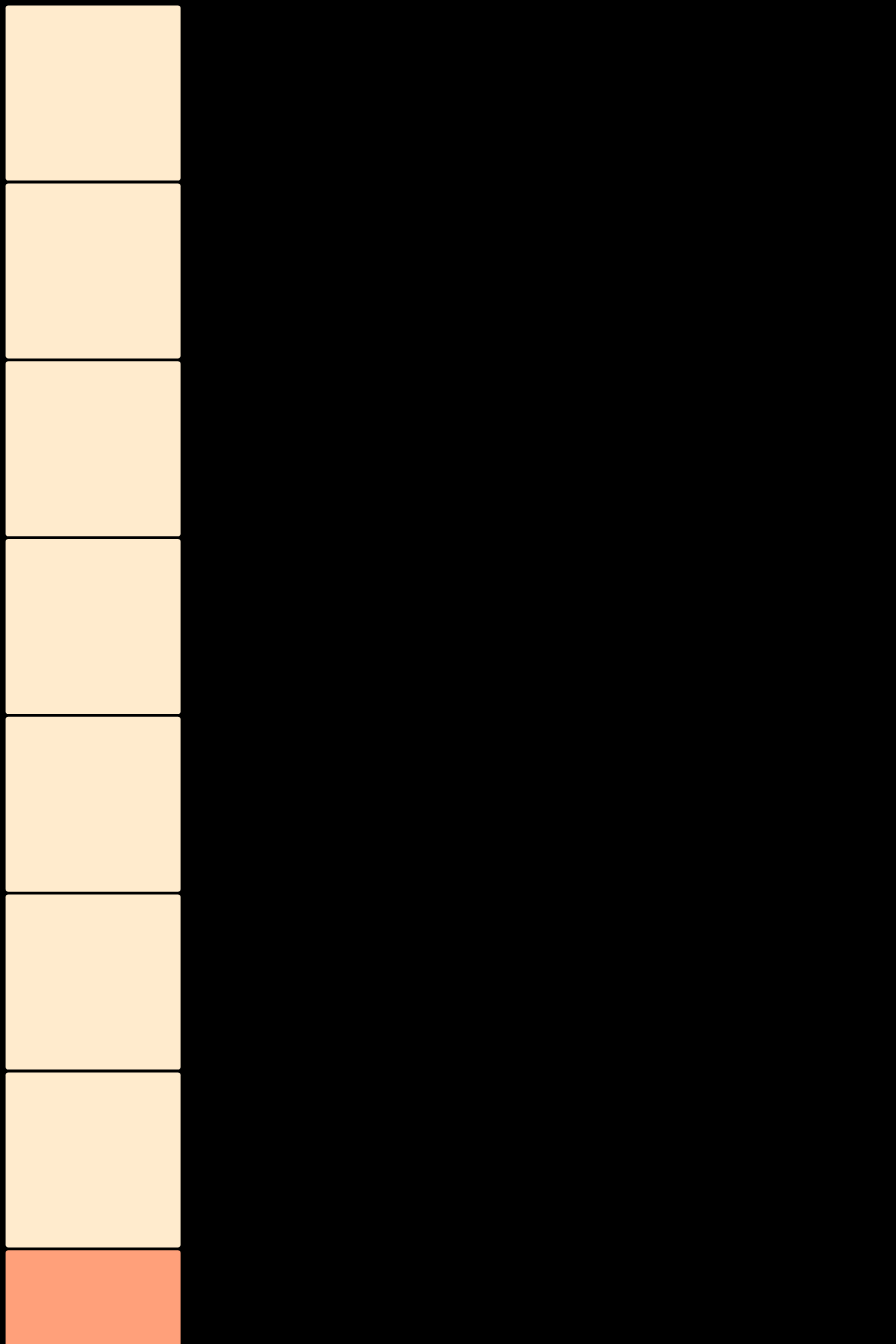
Repository: ggandory/browser101
Page: chapter2/window-coordinates.html
These files come from the project's save history. The page is drawn as it stood at one moment and after the next save; the edit follows.
The browser window is 1280 px wide. The pictures show the part of the page from y = 0 to 1920 px (the page is 2577 px tall before and 2552 px after), at 70% of full size.

Above is the page before, as saved 2024-04-03 00:20:31.

After the next save:
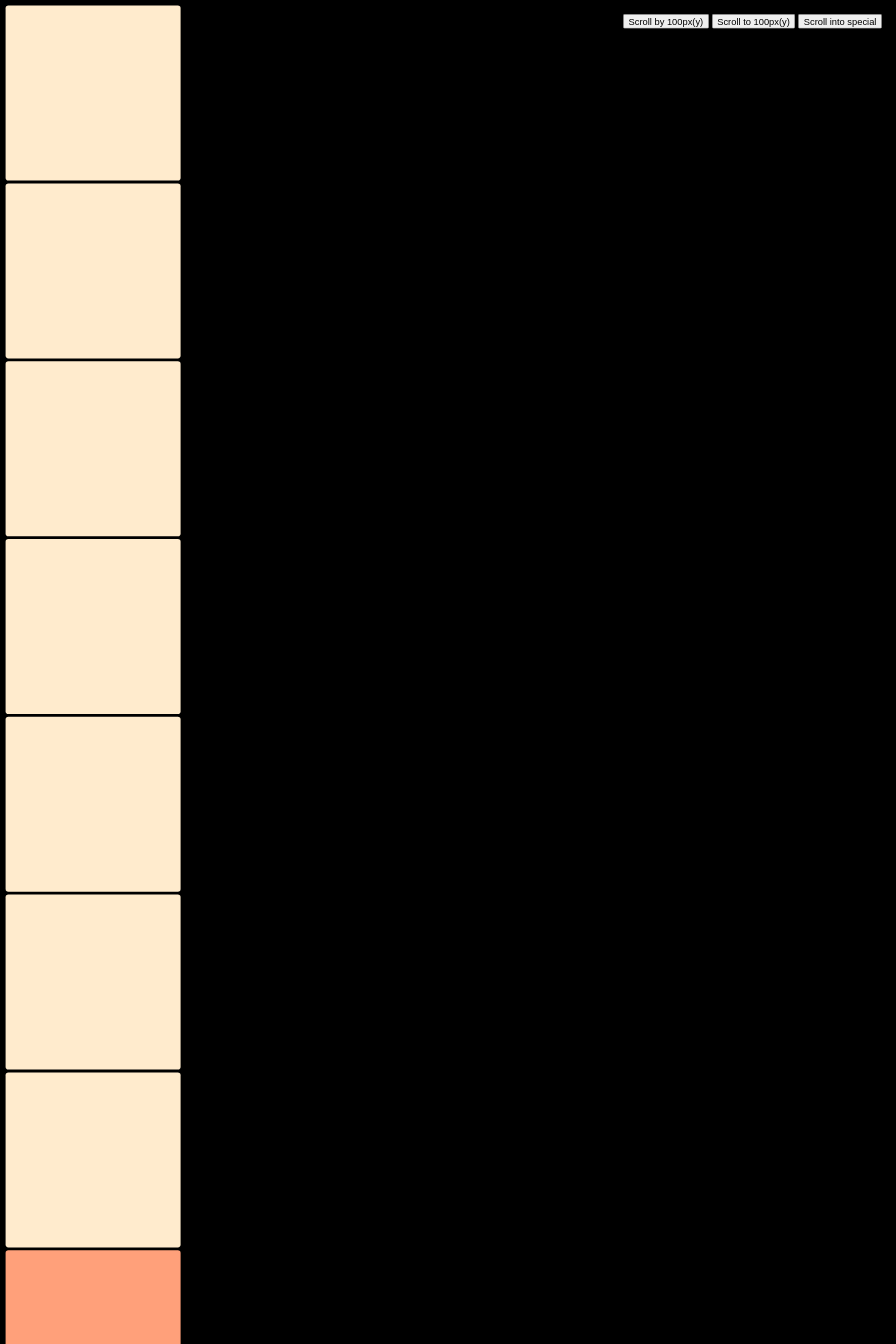
Saved 37 s later.
--- a/chapter2/window-coordinates.html
+++ b/chapter2/window-coordinates.html
@@ -18,6 +18,11 @@
       }
       .special {
         background-color: lightsalmon;
+      }
+      aside {
+        position: fixed;
+        top: 20px;
+        right: 20px;
       }
     </style>
   </head>
